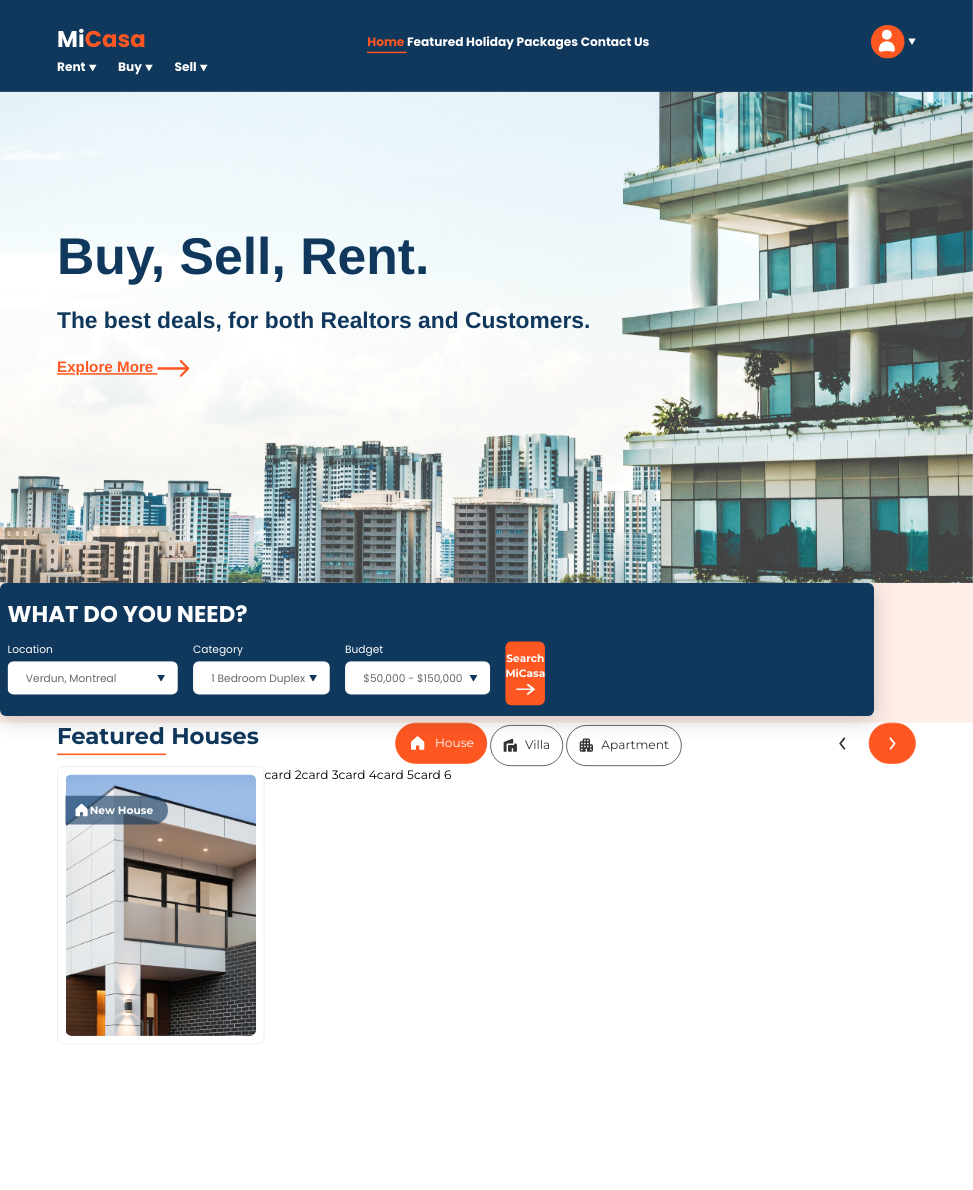
Repository: BenUnyolo/micasa-frontend
Page: index.html
The author's editor kept a copy of each file at every save. The page is drawn from the files as they stood at one save, then again after the next save.
The browser window is 1280 px wide. The pictures show the whole page, at 76% of full size.

Above is the page before, as saved 2021-10-17 16:35:01.

After the next save:
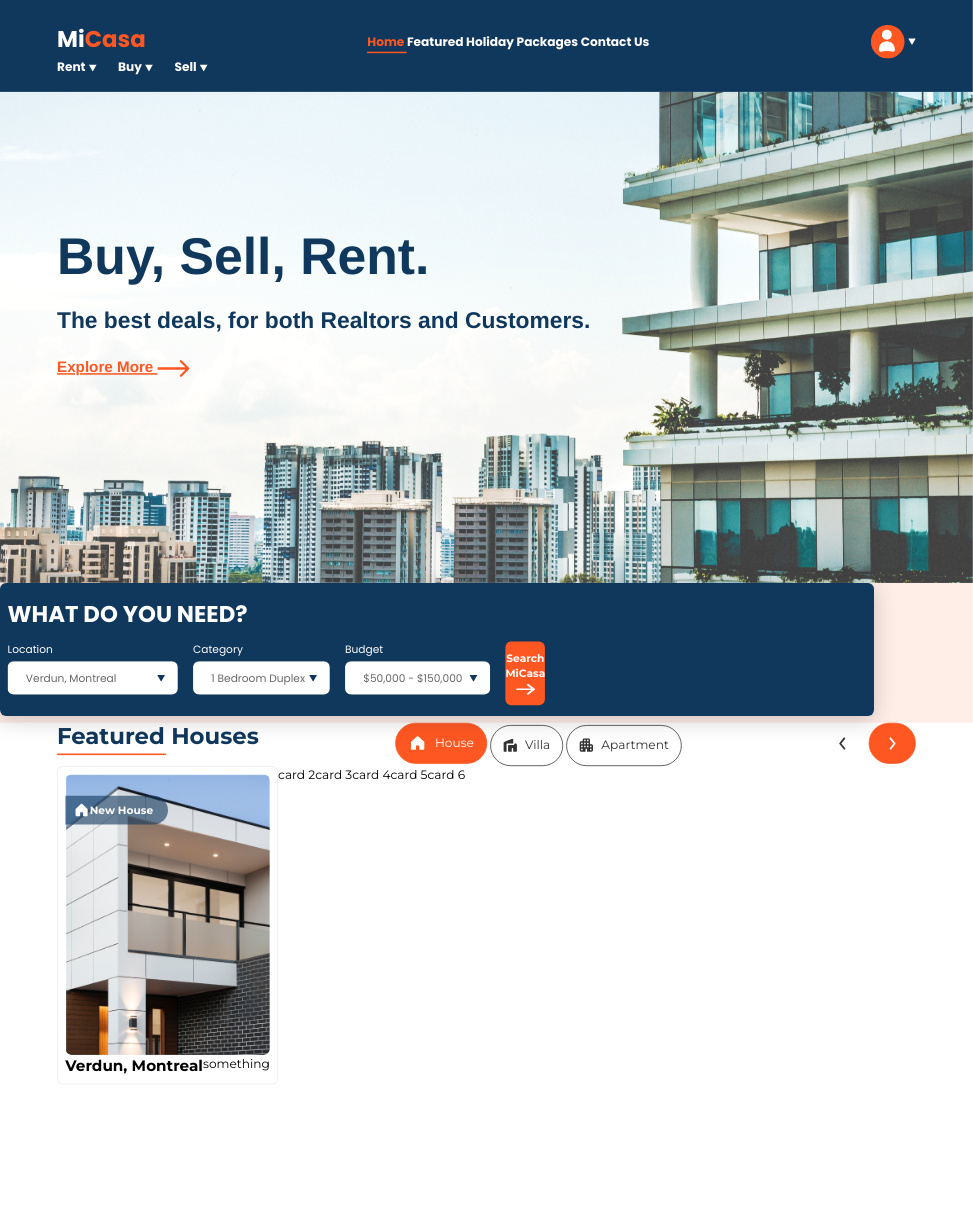
Saved 112 s later.
--- a/index.html
+++ b/index.html
@@ -356,8 +356,11 @@
               New House
             </div>
           </div>
-          <!-- bottom section -->
-          <div></div>
+          <!-- title section -->
+          <div class="flex justify-between">
+            <h4>Verdun, Montreal</h4>
+            <div>something</div>
+          </div>
         </div>
         <div class="flex-none w-1/4">card 2</div>
         <div class="flex-none w-1/4">card 3</div>
